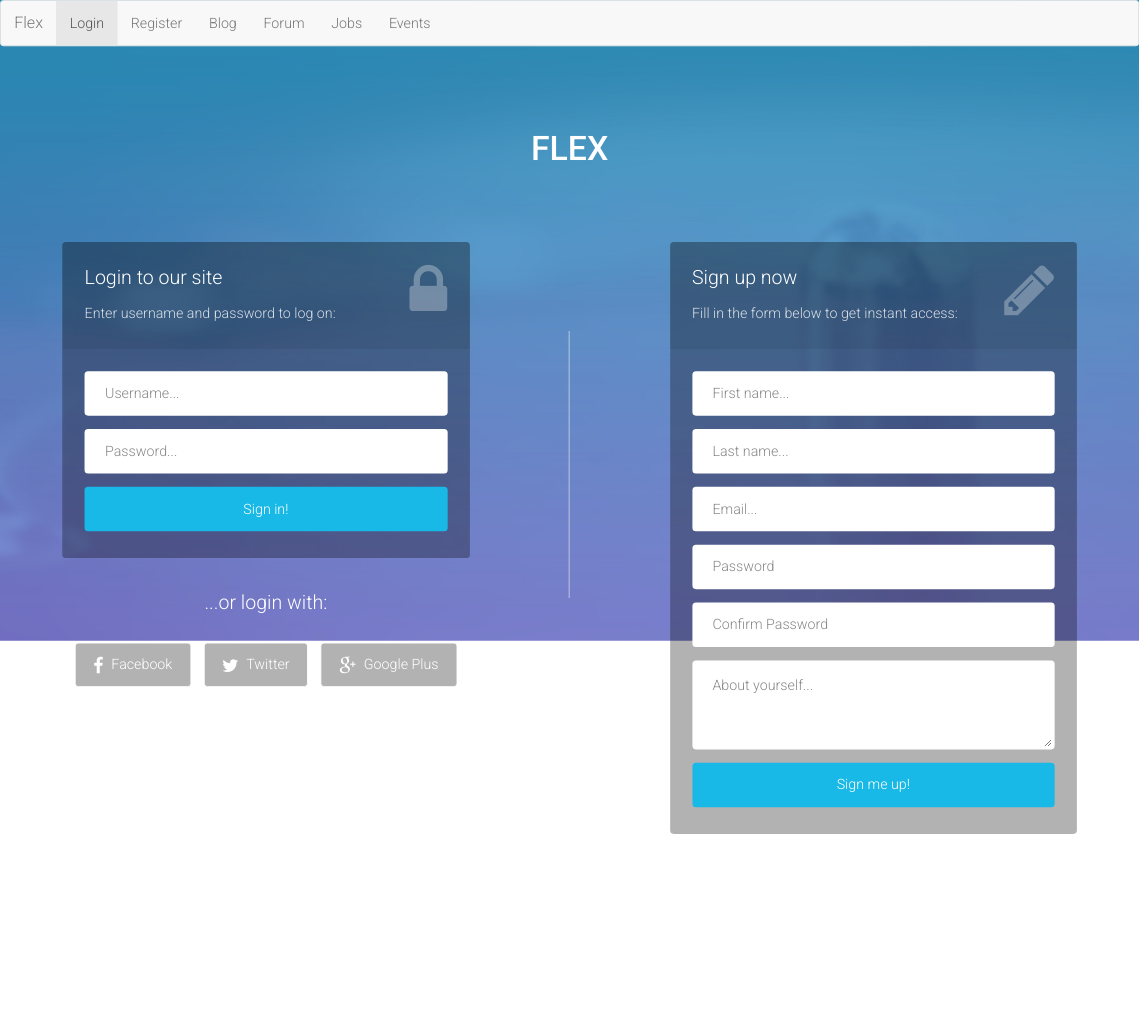
Repository: Angelamritha2012/Flex
Page: Collaboration/WebContent/index.html
The author's editor kept a copy of each file at every save. The page is drawn from the files as they stood at one save, then again after the next save.
The browser window is 1280 px wide. The pictures show the whole page, at 89% of full size.
Some web libraries are served in a nearby version.

Above is the page before, as saved 2017-11-29 09:56:47.

After the next save:
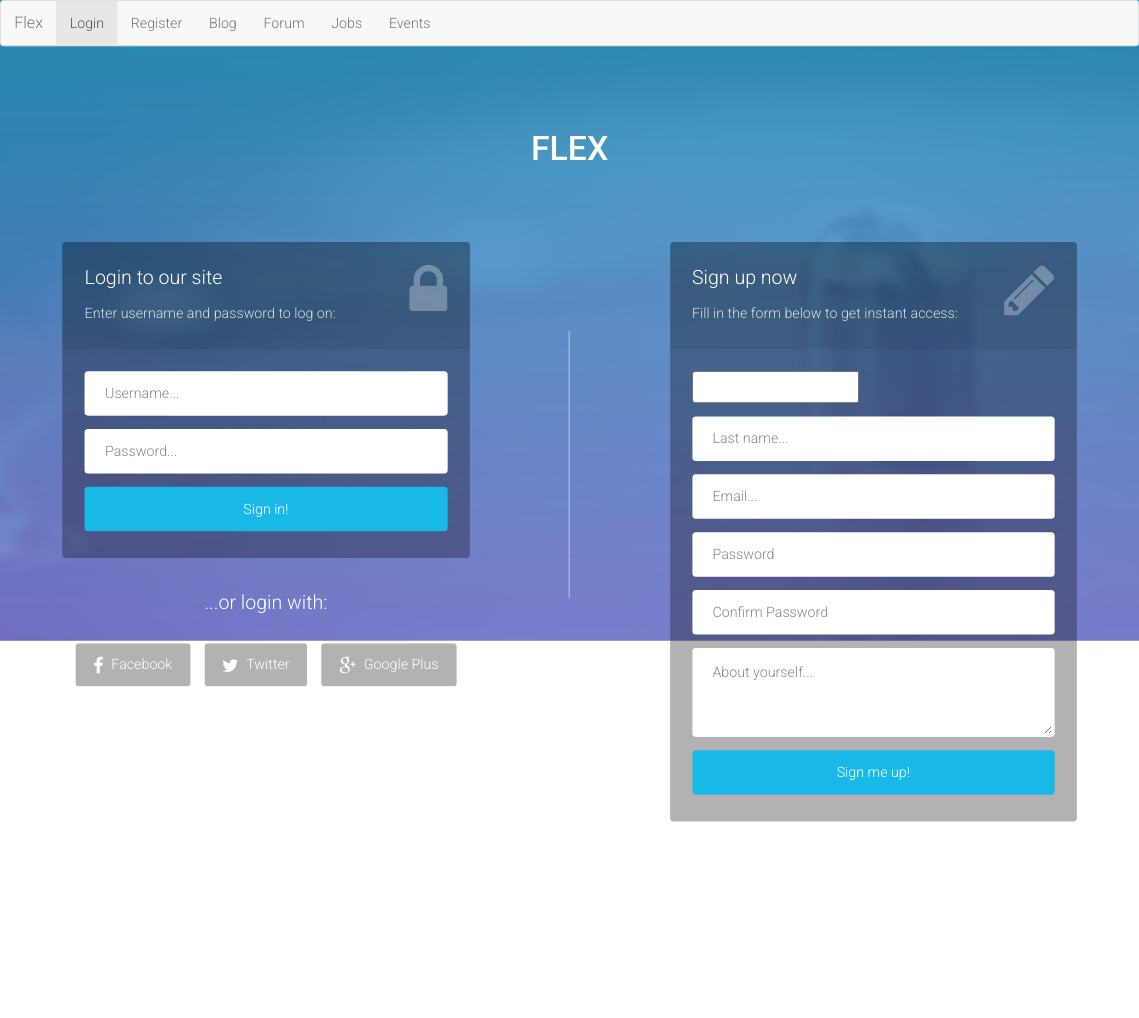
Saved 2 min 19 s later.
--- a/Collaboration/WebContent/index.html
+++ b/Collaboration/WebContent/index.html
@@ -130,9 +130,9 @@
 				                    <form role="form" action="" method="post" class="registration-form">
 				                    	<div class="form-group">
 				                    		<label class="sr-only" for="form-first-name">First name</label>
-				                        	<input type="text" name="form-first-name" placeholder="First name..." class="form-first-name form-control" id="form-first-name">
-				                       <span ng-show="myForm.myName.$touched && myForm.myName.$invalid">The name is required.</span>
-
+<!-- 				                        	<input type="text" name="form-first-name" placeholder="First name..." class="form-first-name form-control" id="form-first-name">
+ --><input name="myName" ng-model="myName" required>
+<span ng-show="myForm.myName.$touched && myForm.myName.$invalid">The name is required.</span>
 				                        </div>
 
 				                        <div class="form-group">

After the save that followed:
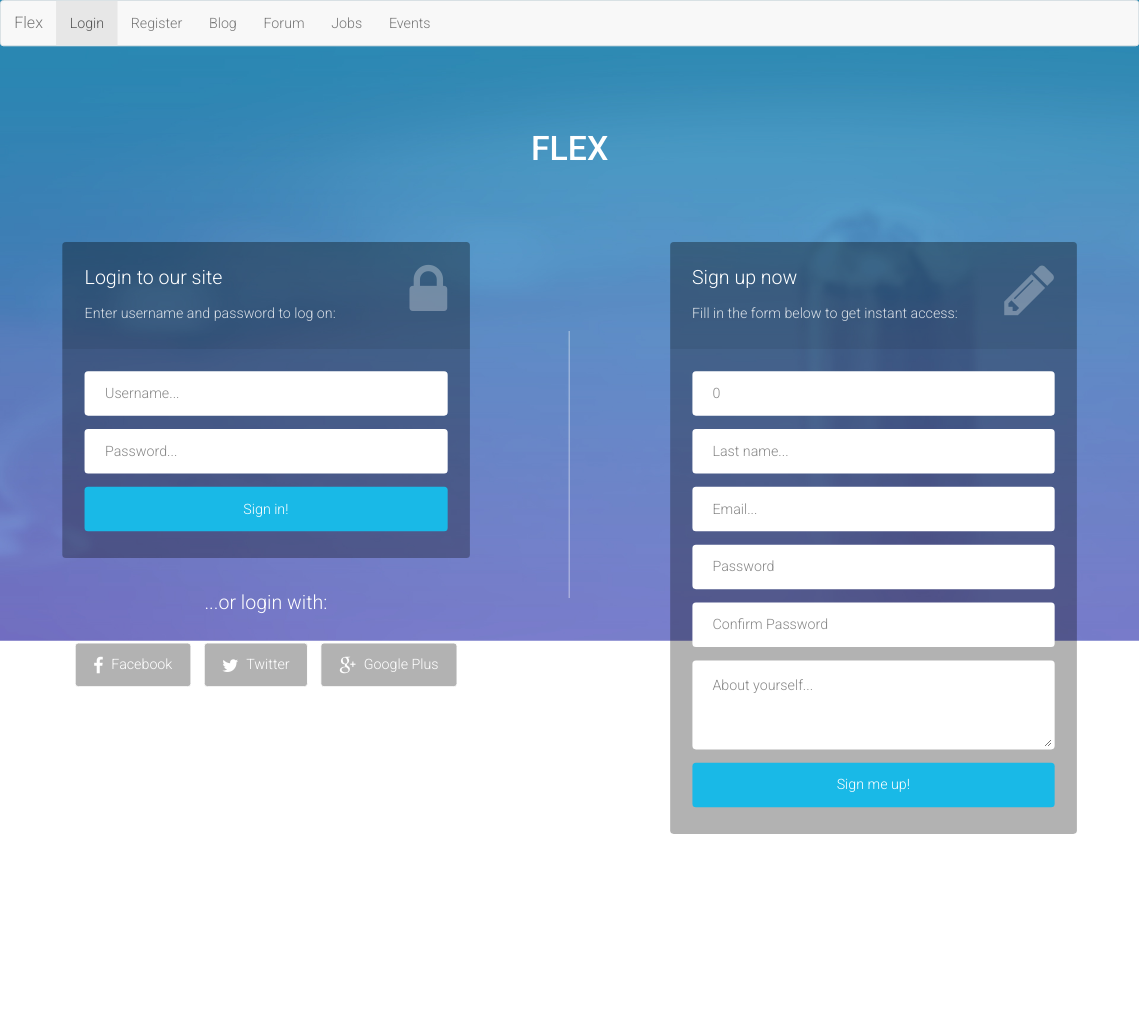
Saved 104 s later.
--- a/Collaboration/WebContent/index.html
+++ b/Collaboration/WebContent/index.html
@@ -130,9 +130,9 @@
 				                    <form role="form" action="" method="post" class="registration-form">
 				                    	<div class="form-group">
 				                    		<label class="sr-only" for="form-first-name">First name</label>
-<!-- 				                        	<input type="text" name="form-first-name" placeholder="First name..." class="form-first-name form-control" id="form-first-name">
- --><input name="myName" ng-model="myName" required>
-<span ng-show="myForm.myName.$touched && myForm.myName.$invalid">The name is required.</span>
+				                        	<input type="text" name="form-first-name" ng-model="first-Name"placeholder="First name..." class="form-first-name form-control" id="form-first-name" required >
+<!-- <input name="myName" ng-model="myName" required>
+ --><span ng-show="myForm.myName.$touched && myForm.myName.$invalid">The name is required.</span>
 				                        </div>
 
 				                        <div class="form-group">
